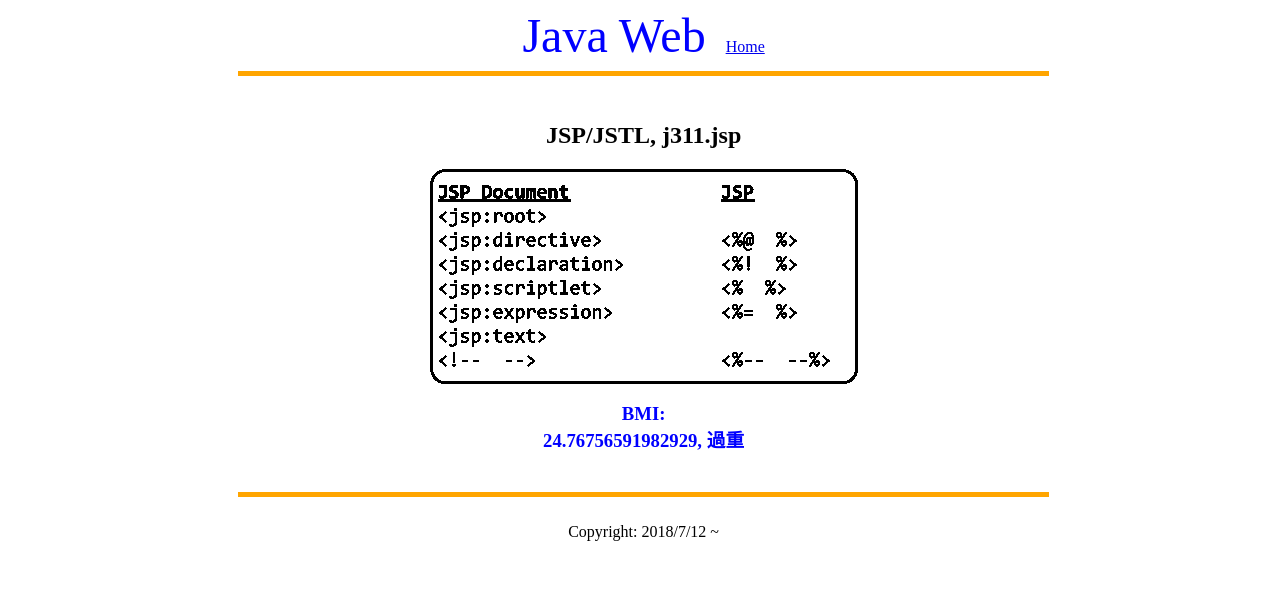
Repository: anxhuang/Java_Web
Page: http://localhost/code/j311.jsp
These files come from the project's save history. The page is drawn as it stood at one moment and after the next save; the edit follows.
The browser window is 1280 px wide. The pictures show the whole page.
The page is served by Tomcat 9.

Above is the page before, as saved 2018-07-24 12:04:32.

After the next save:
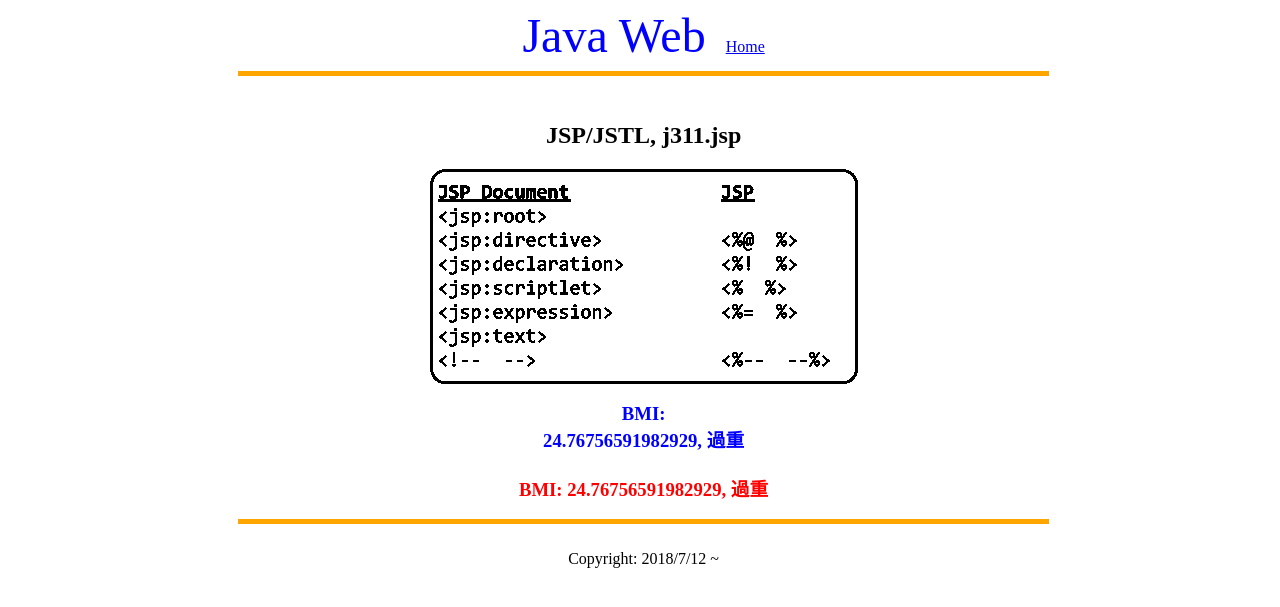
Saved 5 min 0 s later.
--- a/code/WebContent/j311.jsp
+++ b/code/WebContent/j311.jsp
@@ -29,7 +29,20 @@
 		</c:if><br>
 		<c:if test="${bmi < 18 }">
 			<c:out value="${bmi }"></c:out>, 過輕
-		</c:if><br>
+		</c:if><br></font><font color="red">
+
+		BMI:
+		<c:choose>
+			<c:when test="${bmi >= 18 && bmi <= 24 }">
+				<c:out value="${bmi }"></c:out>, 標準
+			</c:when>
+			<c:when test="${bmi >= 24 }">
+				<c:out value="${bmi }"></c:out>, 過重
+			</c:when>
+			<c:when test="${bmi < 18 }">
+				<c:out value="${bmi }"></c:out>, 過輕
+			</c:when>
+		</c:choose>
 
 		</font></h3>
 	</div>
